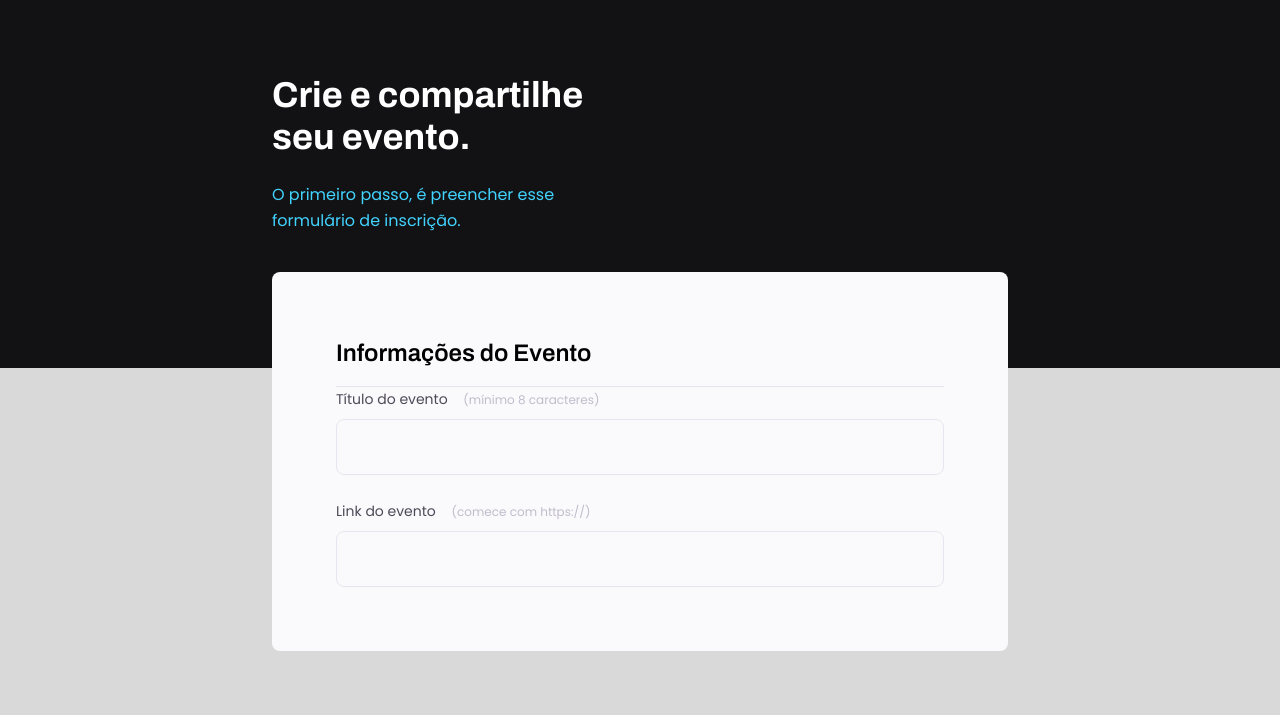
Repository: devMuriloOliveira/Formulario
Page: index.html
These files come from the project's save history. The page is drawn as it stood at one moment and after the next save; the edit follows.
The browser window is 1280 px wide. The pictures show the whole page.

Above is the page before, as saved 2023-10-31 21:00:09.

After the next save:
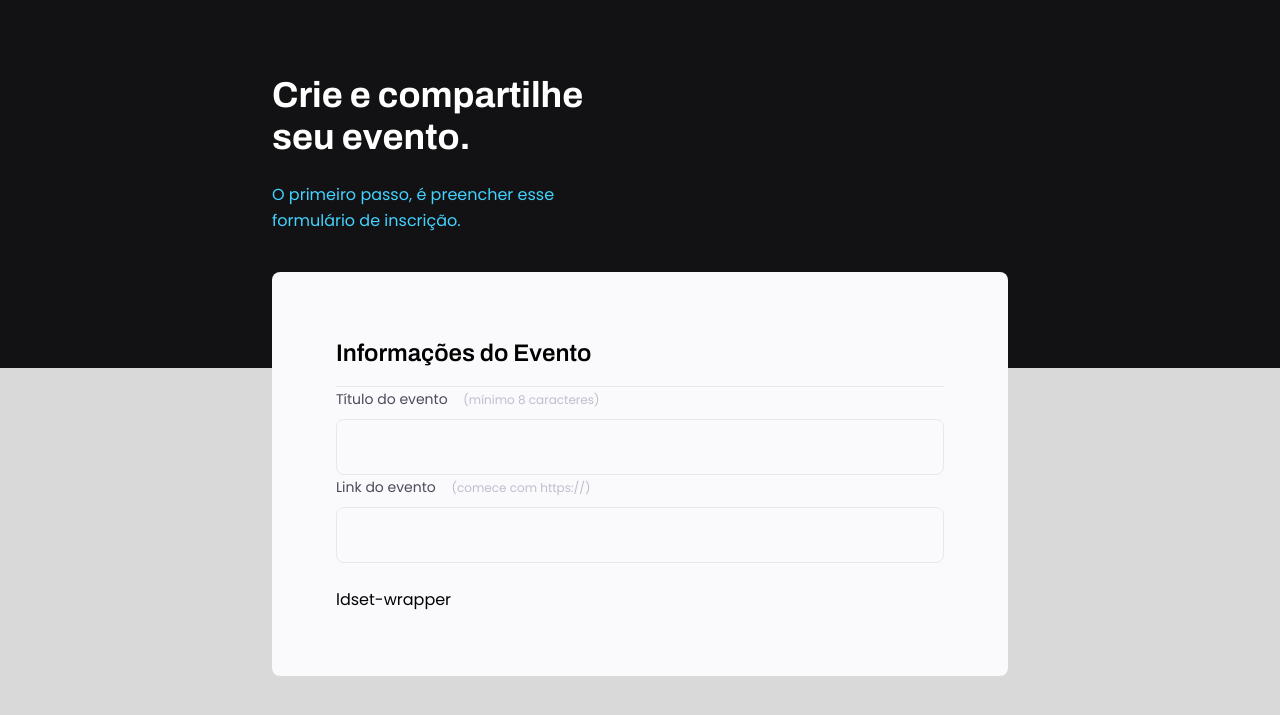
Saved 2 min 45 s later.
--- a/index.html
+++ b/index.html
@@ -22,23 +22,26 @@
 
       <form>
         <fieldset>
-          <legend>Informações do Evento</legend>
+          <div class="fie">
+            <legend>Informações do Evento</legend>
 
-          <div class="input-wrapper">
-            <label for="event-title">
-              Título do evento <span>(mínimo 8 caracteres)</span>
-            </label>
+            <div class="input-wrapper">
+              <label for="event-title">
+                Título do evento <span>(mínimo 8 caracteres)</span>
+              </label>
 
-            <input type="text" id="event-title" />
+              <input type="text" id="event-title" />
+            </div>
+
+            <div class="input-wrapper">
+              <label for="event-link">
+                Link do evento <span>(comece com https://)</span>
+              </label>
+
+              <input type="text" id="event-link" />
+            </div>
           </div>
-
-          <div class="input-wrapper">
-            <label for="event-link">
-              Link do evento <span>(comece com https://)</span>
-            </label>
-
-            <input type="text" id="event-link" />
-          </div>
+          ldset-wrapper
         </fieldset>
       </form>
     </div>
